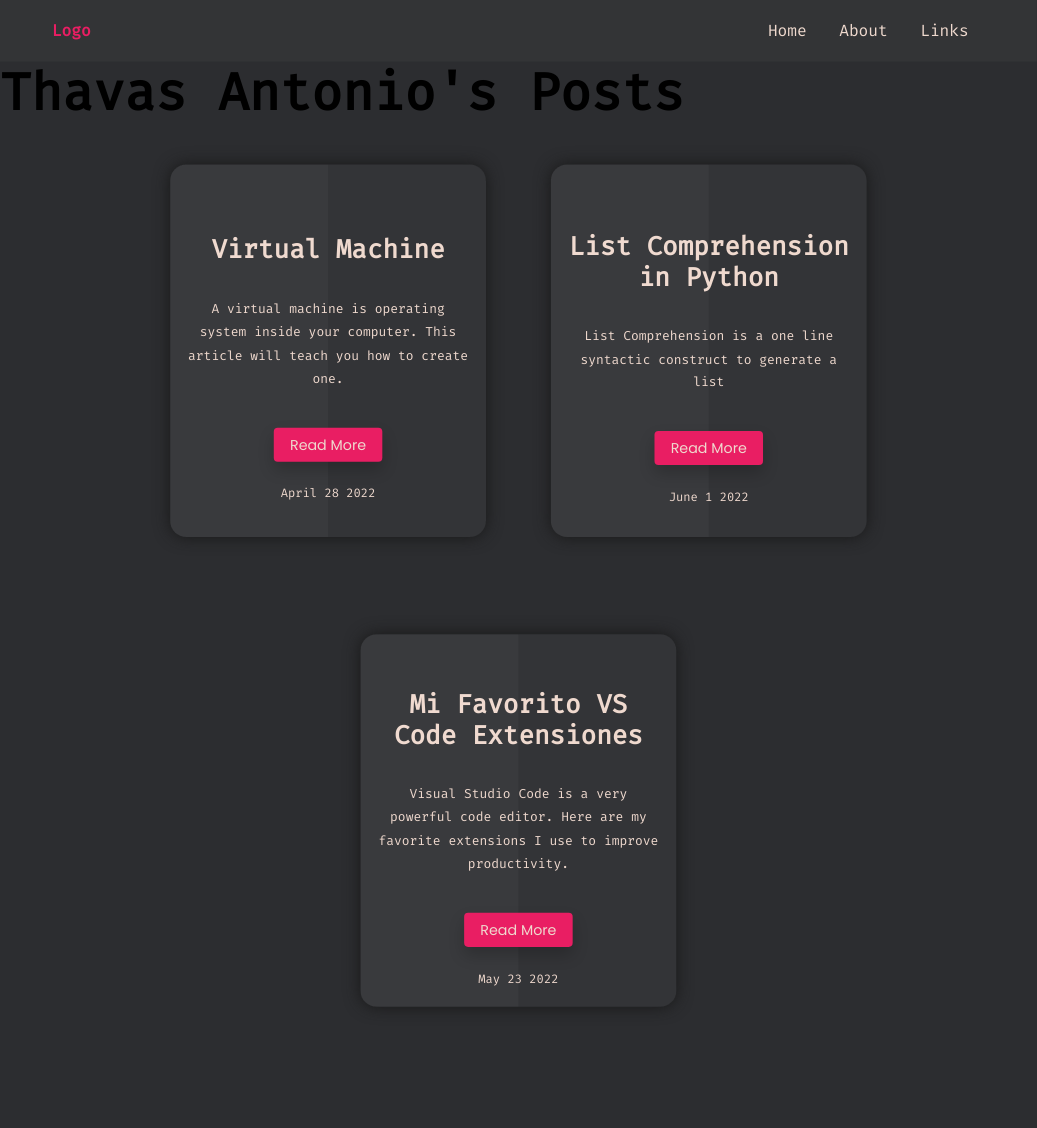
Repository: BuddyBob/thavasantonio
Page: /
These files come from the project's save history. The page is drawn as it stood at one moment and after the next save; the edit follows.
The browser window is 1280 px wide. The pictures show the whole page, at 81% of full size.
The project was rebuilt for these pictures with package versions that can differ from the ones it lists, and the page was loaded fresh each time. Also part of the build but not shown: src/components/NavBar/Subscribe/Subscribe.css, src/components/NavBar/Subscribe/Subscribe.js, src/components/CodeBlock.js, src/components/Pages/Posts/Virtual_Machine/VM.js, src/components/Pages/Posts/List_Comprehension/LC.js, src/components/Pages/Posts/VSC_Extensions/VSC_EXT.js, src/components/Pages/Links/Links.js, src/components/Pages/About/About.js.

Above is the page before, as saved 2022-06-07 19:00:44.

After the next save:
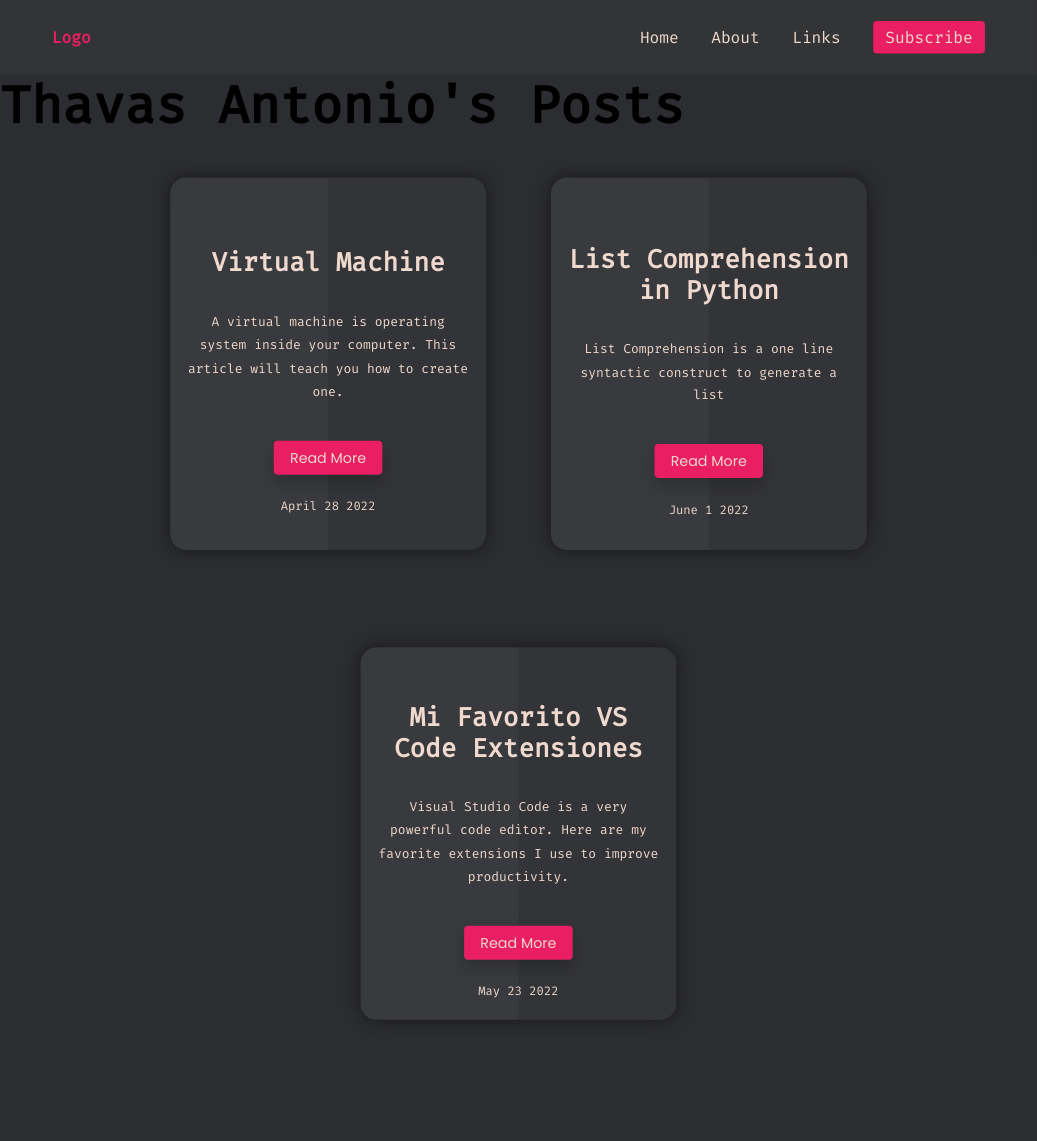
Saved 7 s later.
--- a/src/components/NavBar/NavBar.js
+++ b/src/components/NavBar/NavBar.js
@@ -24,7 +24,7 @@ export default function NavBar() {
                         <SubscribeContext.Provider value={{ setSubscribePop }}>
                             {subscribePop ? <SubscribePopup /> : null}
                             {console.log(subscribePop)}
-                            {subscribePop ? <input type="submit" value="Subscribe" class="subscribe" onClick={ () => handleSubscribe()}/>: null}
+                            {!subscribePop ? <input type="submit" value="Subscribe" class="subscribe" onClick={ () => handleSubscribe()}/>: null}
 
 
                         </SubscribeContext.Provider>
